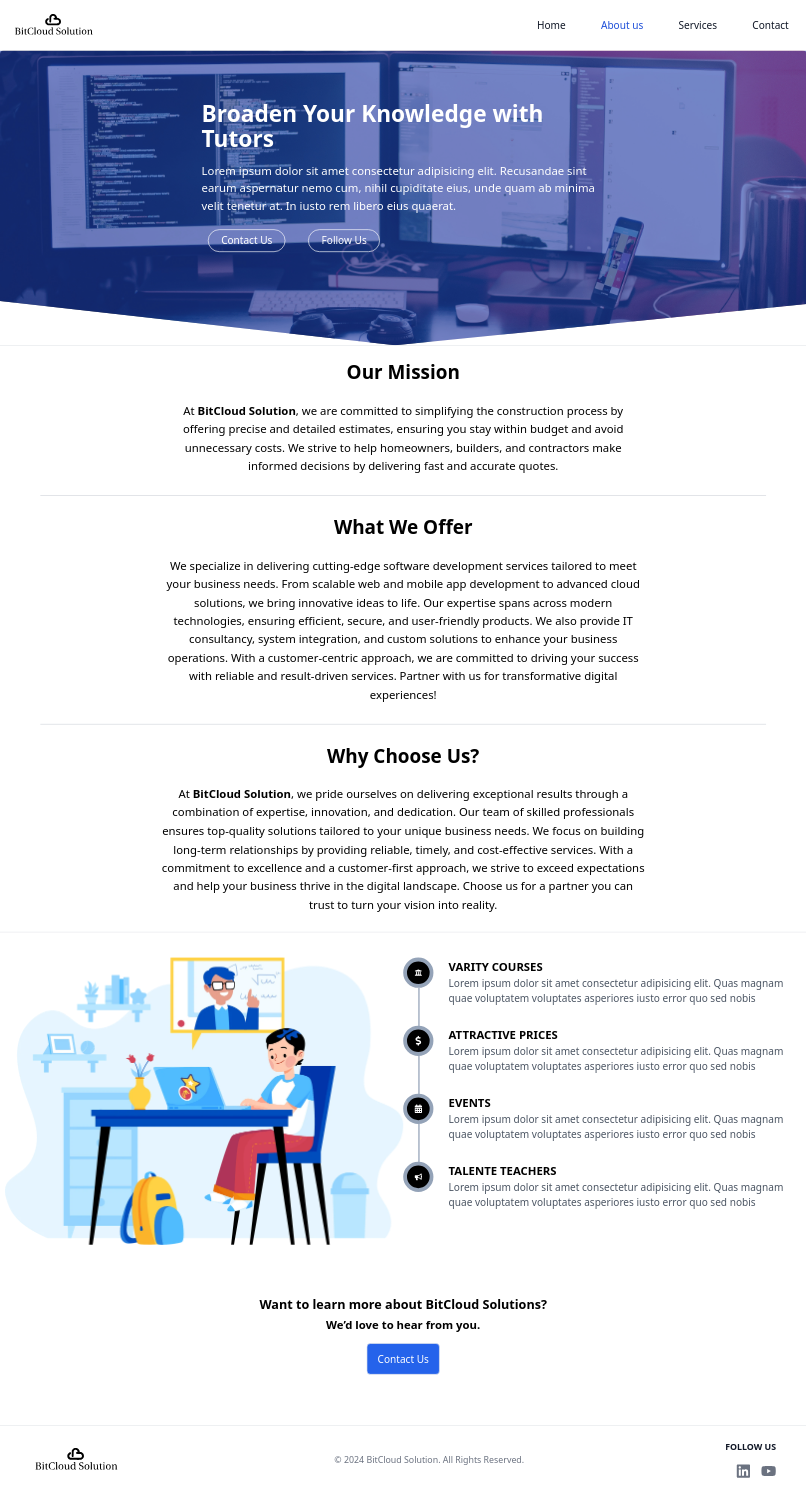
Repository: huzaifaBitCloud/BitCloud-website
Page: /about-us
An editor plug-in stored every save of this project. The page is shown before and after the next save, followed by the edit.
The browser window is 1280 px wide. The pictures show the whole page, at 63% of full size.
The project was rebuilt for these pictures with package versions that can differ from the ones it lists, and the page was loaded fresh each time. The framework's server and built-in components were replaced by stand-ins that run in the browser. Also part of the build but not shown: next.config.mjs.

Above is the page before, as saved 2025-01-27 11:49:34.

After the next save:
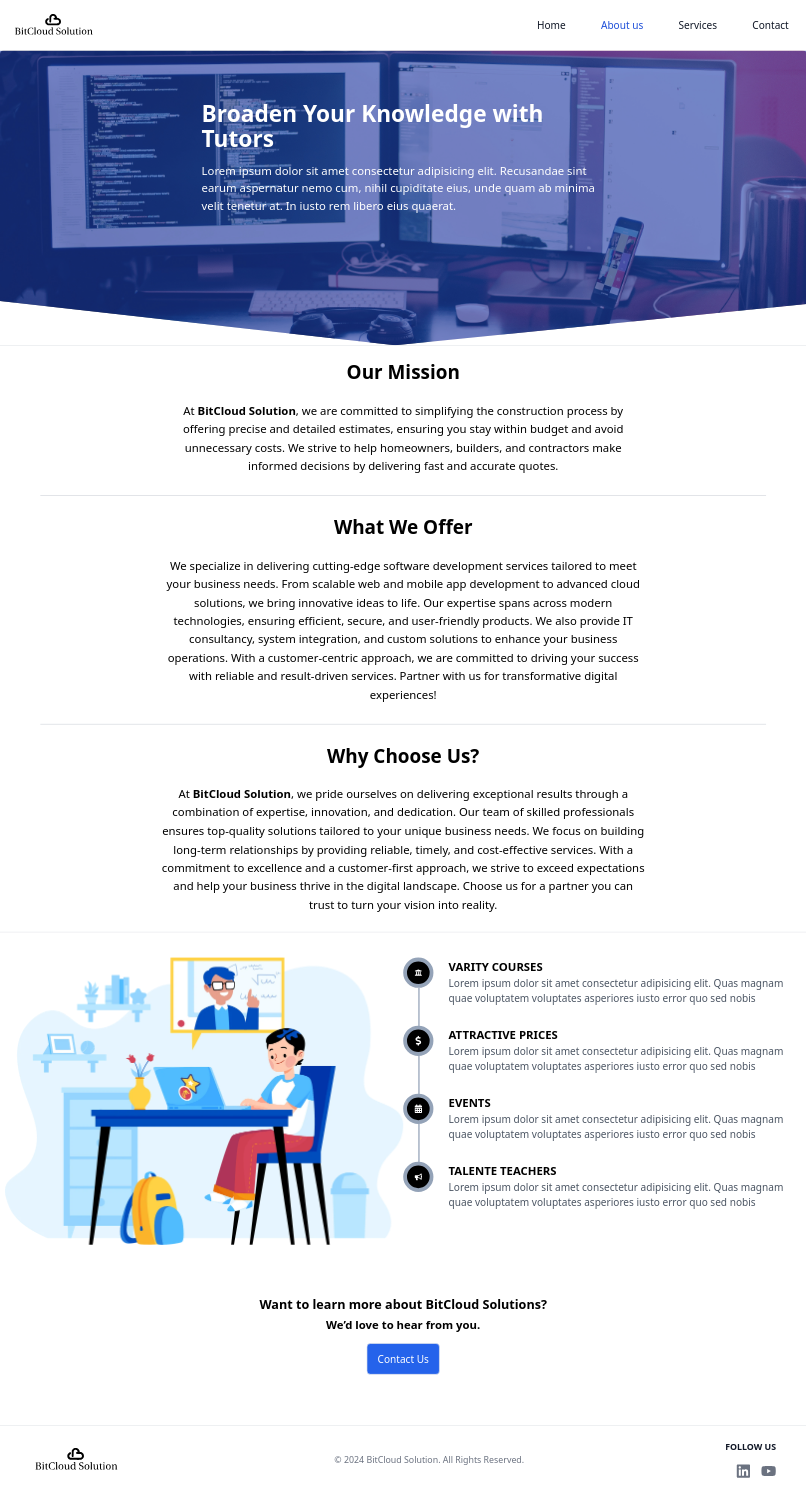
Saved 4 min 48 s later.
--- a/src/components/About.tsx
+++ b/src/components/About.tsx
@@ -28,7 +28,7 @@
             sint earum aspernatur nemo cum, nihil cupiditate eius, unde quam ab
             minima velit tenetur at. In iusto rem libero eius quaerat.
           </p>
-          <div className="flex mob-btn-about gap-4">
+          {/* <div className="flex mob-btn-about gap-4">
             <button
               className="btn-about border border-white px-6 py-2 rounded-md hover:bg-white hover:text-blue-800 transition"
               onClick={() => router.push("/contact")}
@@ -45,7 +45,7 @@
             >
               Follow Us
             </button>
-          </div>
+          </div> */}
         </div>
       </div>
       <hr />
